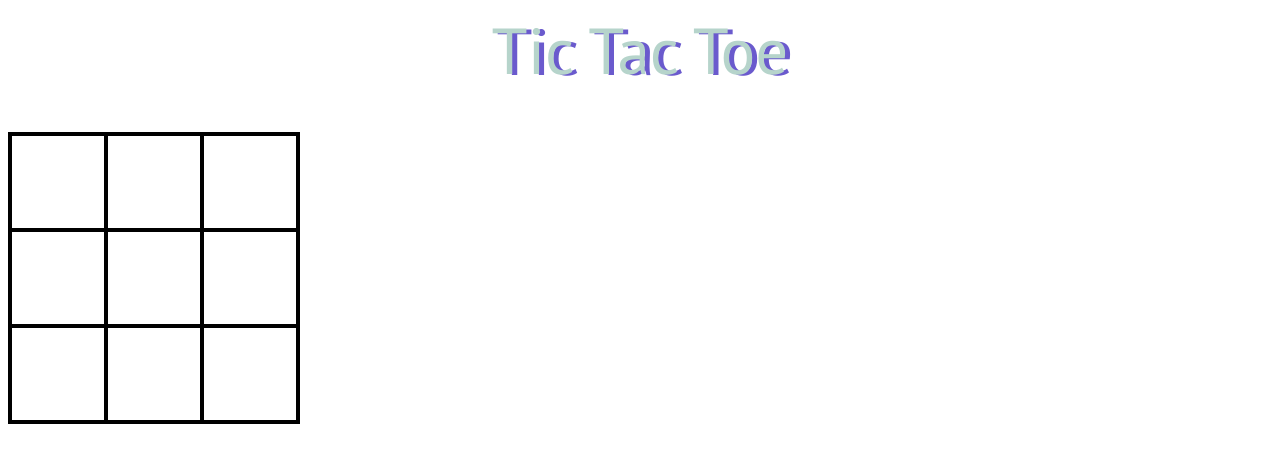
Repository: chin9/TicTacToe
Page: index.html
These files come from the project's save history. The page is drawn as it stood at one moment and after the next save; the edit follows.
The browser window is 1280 px wide. The pictures show the whole page.

Above is the page before, as saved 2021-05-12 13:44:23.

After the next save:
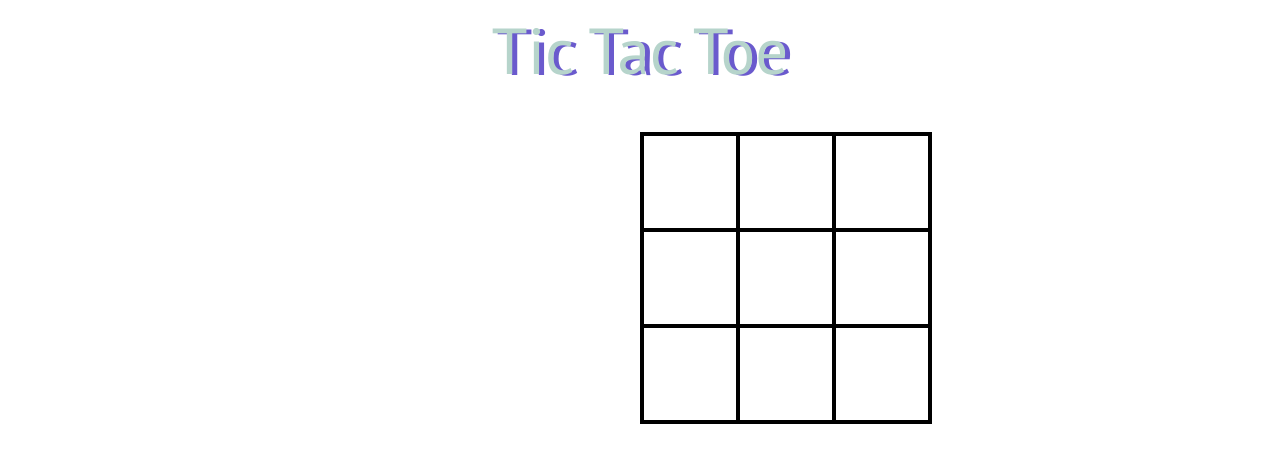
Saved 92 s later.
--- a/style.css
+++ b/style.css
@@ -21,7 +21,7 @@ body{
     position: relative;
     top: 40px;
 
-    align-self: center;
+    left: 50%;
 
     display: grid;
     grid-template-columns: 1fr 1fr 1fr;
